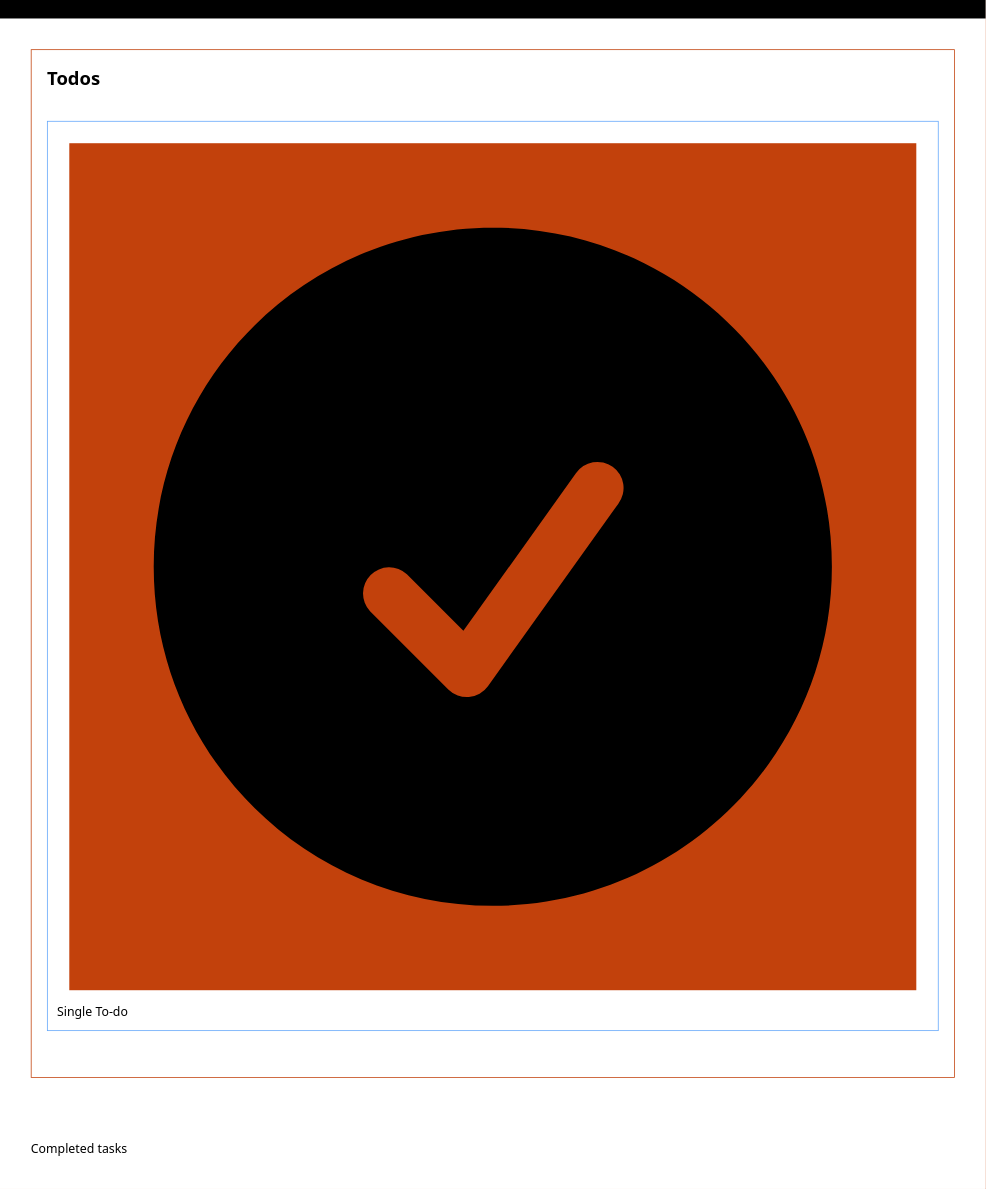
Repository: thekingisherenow/personalTodo
Page: /
The author's editor kept a copy of each file at every save. The page is drawn from the files as they stood at one save, then again after the next save.
The browser window is 1280 px wide. The pictures show the whole page, at 77% of full size.
The project was rebuilt for these pictures with package versions that can differ from the ones it lists, and the page was loaded fresh each time. The framework's server and built-in components were replaced by stand-ins that run in the browser. Also part of the build but not shown: next.config.js, styles/Home.module.css.

Above is the page before, as saved 2022-12-15 15:02:38.

After the next save:
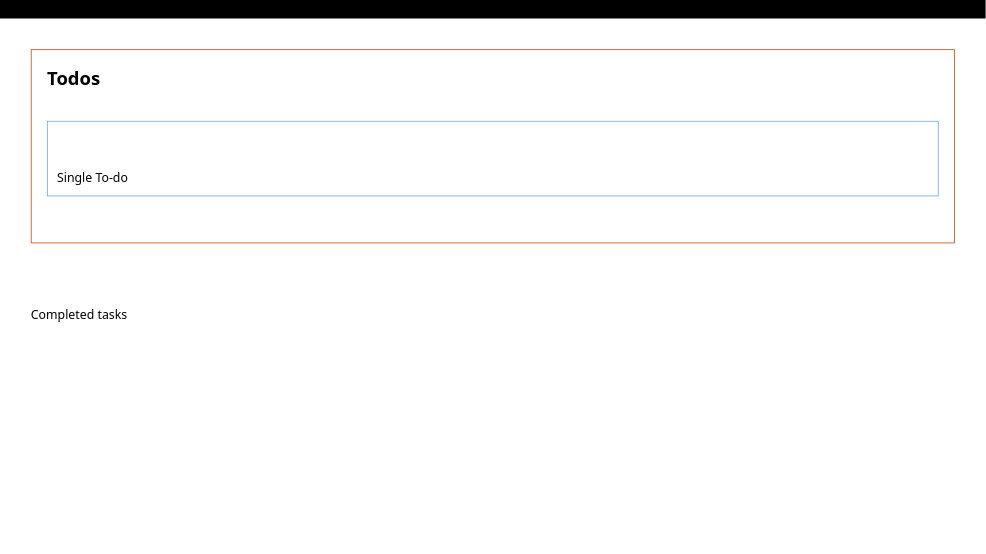
Saved 14 s later.
--- a/components/Todo.js
+++ b/components/Todo.js
@@ -4,7 +4,7 @@ import { CheckCircleIcon } from '@heroicons/react/24/solid'
 function Todo() {
   return (
     <div className='border border-blue-400 p-3 my-10'>
-      <CheckCircleIcon className='m-4 p-2 bg-orange-700' />
+      <CheckCircleIcon className='m-4 p-2 text-orange-700 w-4 h-4 ' />
       <span>Single To-do</span>
     </div>
   )
